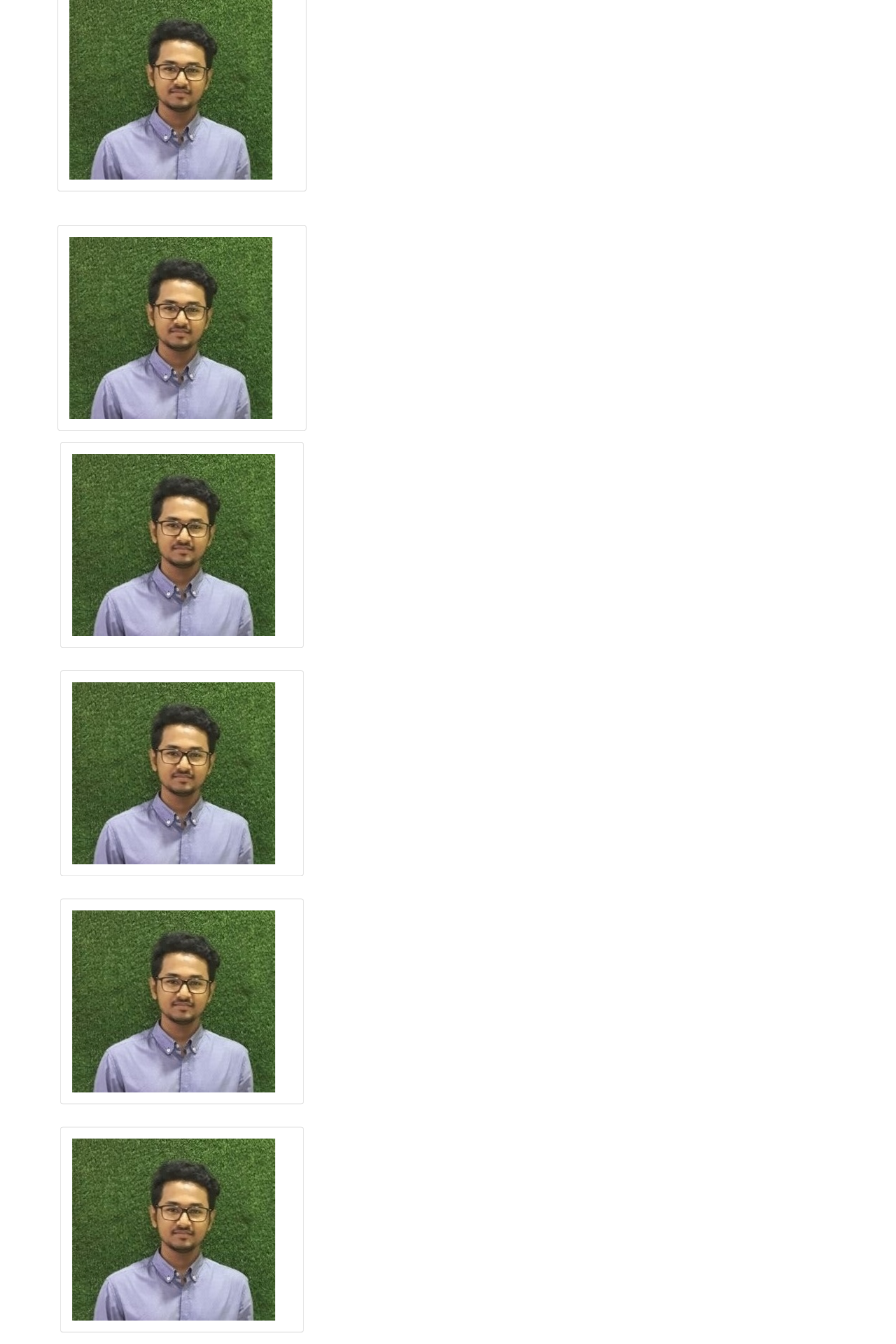
Repository: emowzz/emowzz.github.io
Page: index.html
The author's editor kept a copy of each file at every save. The page is drawn from the files as they stood at one save, then again after the next save.
The browser window is 1280 px wide. The pictures show the part of the page from y = 2901 to 4821 px (the page is 4821 px tall before and 3613 px after), at 70% of full size.
Some web libraries are served in a nearby version.

Above is the page before, as saved 2021-03-17 23:35:24.

### index.html
<!doctype html>
<html lang="en">

<head>
  <!-- Required meta tags -->
  <meta charset="utf-8">
  <meta name="viewport" content="width=device-width, initial-scale=1">
  <link rel="shortcut icon" type="image/png" href="./Image/myImgZoom.jpg">
  <!-- Bootstrap CSS -->
  <link href="https://cdn.jsdelivr.net/npm/bootstrap@5.0.0-beta2/dist/css/bootstrap.min.css" rel="stylesheet"
    integrity="sha384-BmbxuPwQa2lc/FVzBcNJ7UAyJxM6wuqIj61tLrc4wSX0szH/Ev+nYRRuWlolflfl" crossorigin="anonymous">
  <link rel="preconnect" href="https://fonts.gstatic.com">
  <link href="https://fonts.googleapis.com/css2?family=Open+Sans:wght@300&display=swap" rel="stylesheet">
  <link rel="stylesheet" href="./CSS/style.css">


  <title>Hi There, I'm Fahim Foysal Emon!</title>

  <script src="https://kit.fontawesome.com/a076d05399.js" crossorigin="anonymous"></script>
</head>

<body>

  <!-- this is banner section -->
  <section class="banner-container container-fluid">
    <div class="row vh-100">
      <div class="col-md-9 banner-column m-auto text-center text-white p-4 border border-light">
        <h1 class="display:4 fw-bolder">Fahim Foysal Emon</h1>
        <h3>Software Developer</h3>
      </div>
    </div>
  </section>

  <!-- this is nav-bar section -->
  <nav class="navbar navbar-expand-lg navbar-dark navbar-container">
    <div class="container-fluid">
      <button class="navbar-toggler" type="button" data-bs-toggle="collapse" data-bs-target="#navbarSupportedContent"
        aria-controls="navbarSupportedContent" aria-expanded="false" aria-label="Toggle navigation">
        <span class="navbar-toggler-icon"></span>
      </button>
      <div class="collapse navbar-collapse" id="navbarSupportedContent">
        <ul class="navbar-nav m-auto mb-2 mb-lg-0">
          <li class="nav-item">
            <a class="nav-link active" aria-current="page" href="#About">ABOUT</a>
          </li>
          <li class="nav-item">
            <a class="nav-link" href="#Education">EDUCATION</a>
          </li>
          <li class="nav-item">
            <a class="nav-link" href="#Project">PROJECT</a>
          </li>
          <li class="nav-item">
            <a class="nav-link" href="#Portfolio">PORTFOLIO</a>
          </li>
          <li class="nav-item">
            <a class="nav-link" href="#Gallery">GALLERY</a>
          </li>
          <li class="nav-item">
            <a class="nav-link" href="#Contact">CONTACT</a>
          </li>
        </ul>
      </div>
    </div>
  </nav>

  <!-- this is about section -->
  <div class="about-container" id="About">
    <div class="container">
      <div class="row align-items-center justify-content-center">
        <div class="col-md-9 py-5 text-white">
          <h3>Fahim Foysal Emon</h3>
          <p>Software Developer</p>
          <p>Lorem ipsum dolor, sit amet consectetur adipisicing elit. Qui a architecto tempore blanditiis, aperiam
            eius, id optio fugit odit quis reiciendis ad expedita consequatur dolores repellendus asperiores illum
            assumenda molestias distinctio dicta suscipit mollitia doloribus eum voluptates. Quisquam molestiae eius
            numquam quidem iusto asperiores dolorem minima minus accusantium, accusamus doloribus.</p>
          <p>Lorem ipsum dolor sit, amet consectetur adipisicing elit. Sint quidem accusamus dolor sed voluptas
            distinctio eos? Tempore sed omnis mollitia asperiores quos quidem hic porro consectetur? Numquam in ipsa
            commodi inventore nostrum asperiores consequuntur! Nemo molestiae necessitatibus suscipit doloribus eius!
          </p>
          <p>
            Lorem ipsum dolor sit amet consectetur adipisicing elit. Nisi suscipit dignissimos tempore culpa soluta,
            assumenda voluptas dolores quam nobis? Sed ad dolores itaque eveniet nulla autem quos et. Animi, laudantium?
          </p>
        </div>

        <div class="col-md-3 mb-4">
          <img src="/Image/myImg.png" alt="" class="img-fluid border rounded-circle border-light">
        </div>
      </div>
    </div>
  </div>

  <!-- this is education section -->
  <div class="education-container" id="Education">
    <div class="container">
      <div class="row text-center">
        <div class="col py-5">
          <h2 class="bg-redType-color fw-bolder">
            Education
          </h2>
        </div>
      </div>

      <div class="row my-4 py-5 align-items-center justify-content-center">
        <div class="col-md-2 pd-3 mx-5">
          <div class="circle text-center text-white">
            <p class="py-5">
              June, 2013 <br>
              Dec, 2015
            </p>
          </div>
        </div>

        <div class="col-md-9">
          <div class="card">
            <div class="card-body">
              Lorem ipsum dolor sit, amet consectetur adipisicing elit. Consequuntur exercitationem veniam dicta est
              nemo possimus aperiam reiciendis necessitatibus quisquam reprehenderit tempore, tenetur aspernatur? Itaque
              id, animi illo blanditiis earum consequuntur eaque illum nisi omnis reiciendis quisquam quidem, quae
              laudantium! Praesentium eligendi non dolorem optio ipsa distinctio explicabo animi vitae nam.
            </div>
          </div>
        </div>

      </div>

      <div class="row my-4 py-5 align-items-center justify-content-center">
        <div class="col-md-2 pb-3 mx-5">
          <div class="circle text-center text-white">
            <p class="py-5">
              June, 2013 <br>
              Dec, 2015
            </p>
          </div>
        </div>

        <div class="col-md-9">
          <div class="card">
            <div class="card-body">
              Lorem ipsum dolor sit, amet consectetur adipisicing elit. Consequuntur exercitationem veniam dicta est
              nemo possimus aperiam reiciendis necessitatibus quisquam reprehenderit tempore, tenetur aspernatur? Itaque
              id, animi illo blanditiis earum consequuntur eaque illum nisi omnis reiciendis quisquam quidem, quae
              laudantium! Praesentium eligendi non dolorem optio ipsa distinctio explicabo animi vitae nam.
            </div>
          </div>
        </div>

      </div>
    </div>
  </div>

  <!-- this is project section -->

  <div class="project-container" id="Project">
    <div class="container">
      <div class="row text-center">
        <div class="col py-5">
          <h2 class="text-white fw-bolder">
            Projects
          </h2>
        </div>
      </div>
      <div class="row">
        <div class="col-md-3 p-4">
          <img src="./Image/myImgZoom.jpg" alt="" class="img-fluid">
          <a href="" class="text-white">One</a>
          <p>10.45</p>
        </div>
        <div class="col-md-3 p-4">
          <img src="./Image/myImgZoom.jpg" alt="" class="img-fluid">
          <a href="" class="text-white">Two</a>
          <p>10.45</p>
        </div>
        <div class="col-md-3 p-4">
          <img src="./Image/myImgZoom.jpg" alt="" class="img-fluid">
          <a href="" class="text-white">Three</a>
          <p>10.45</p>
        </div>
        <div class="col-md-3 p-4">
          <img src="./Image/myImgZoom.jpg" alt="" class="img-fluid">
          <a href="" class="text-white">Four</a>
          <p>10.45</p>
        </div>
        </div>
      </div>
    </div>


    <!-- This is portfolio section -->

    <div class="portfolio-container">
      <div class="container">
        <div class="row text-center py-5">
          <div class="col">
            <h2 class="fw-bolder bg-redType-color">
              Portfolio
            </h2>
          </div>
        </div>

        <div class="row py-5">
          <div class="col-md-4">
            <div class="card">
              <div class="card-body">
                <img src="./Image/myImgZoom.jpg" alt="" class="img-fluid">
              </div>
            </div>
          </div>
        </div>

        <div class="row">
          <div class="col-md-4">
            <div class="card">
              <div class="card-body">
                <img src="./Image/myImgZoom.jpg" alt="" class="img-fluid">
              </div>
            </div>
          </div>
        </div>

        <div class="row">
          <div class="col-md-4 p-3">
            <div class="card">
              <div class="card-body">
                <img src="./Image/myImgZoom.jpg" alt="" class="img-fluid">
              </div>
            </div>
          </div>
        </div>

        <div class="row">
          <div class="col-md-4 p-3">
            <div class="card">
              <div class="card-body">
                <img src="./Image/myImgZoom.jpg" alt="" class="img-fluid">
              </div>
            </div>
          </div>
        </div>

        <div class="row">
          <div class="col-md-4 p-3">
            <div class="card">
              <div class="card-body">
                <img src="./Image/myImgZoom.jpg" alt="" class="img-fluid">
              </div>
            </div>
          </div>
        </div>

        <div class="row">
          <div class="col-md-4 p-3">
            <div class="card">
              <div class="card-body">
                <img src="./Image/myImgZoom.jpg" alt="" class="img-fluid">
              </div>
            </div>
          </div>
        </div>

      </div>

    </div>

  <!-- Optional JavaScript; choose one of the two! -->

  <!-- Option 1: Bootstrap Bundle with Popper -->
  <script src="https://cdn.jsdelivr.net/npm/bootstrap@5.0.0-beta2/dist/js/bootstrap.bundle.min.js"
    integrity="sha384-b5kHyXgcpbZJO/tY9Ul7kGkf1S0CWuKcCD38l8YkeH8z8QjE0GmW1gYU5S9FOnJ0"
    crossorigin="anonymous"></script>

  <!-- Option 2: Separate Popper and Bootstrap JS -->
  <!--
    <script src="https://cdn.jsdelivr.net/npm/@popperjs/core@2.6.0/dist/umd/popper.min.js" integrity="sha384-KsvD1yqQ1/1+IA7gi3P0tyJcT3vR+NdBTt13hSJ2lnve8agRGXTTyNaBYmCR/Nwi" crossorigin="anonymous"></script>
    <script src="https://cdn.jsdelivr.net/npm/bootstrap@5.0.0-beta2/dist/js/bootstrap.min.js" integrity="sha384-nsg8ua9HAw1y0W1btsyWgBklPnCUAFLuTMS2G72MMONqmOymq585AcH49TLBQObG" crossorigin="anonymous"></script>
    -->
</body>

</html>

### CSS/style.css
body {
    font-family: 'Open Sans', sans-serif;
}


.banner-container {
    background-color: #CACACA;
}

.banner-column {
    background-color: #868486;
}

.navbar-container {
    background-color: #102040;
}

.about-container {
    background-color: #00A9C0;
}

.education-container {
    background-color: #eeebf0;
}

.bg-redType {
    background-color: #d36959;
}

.bg-redType-color {
    color: #FF907E;
}

.circle {
    background-color: #d36959;
    width: 150px;
    height: 150px;
    border-radius: 50%;
}

.project-container {
    background-color: #18a7e9;
}

After the next save:
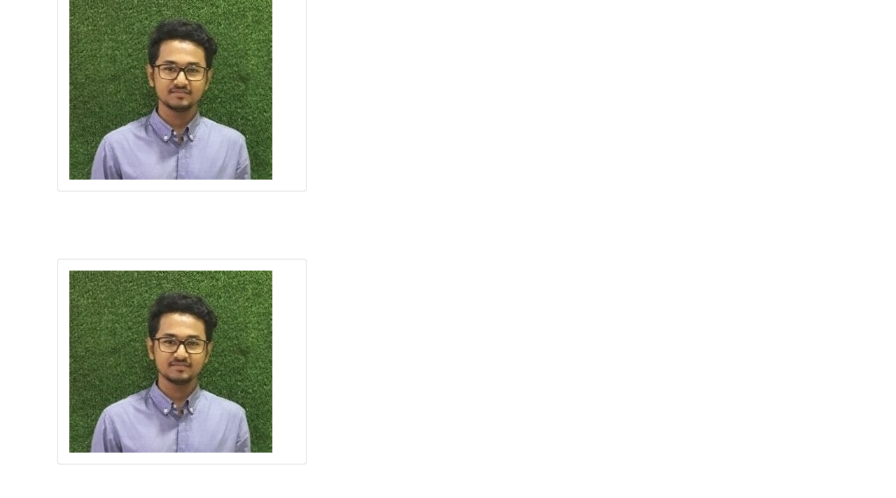
Saved 2 min 19 s later.
--- a/index.html
+++ b/index.html
@@ -209,8 +209,28 @@
           </div>
         </div>
 
+        <div class="row py-5">
+          <div class="col-md-4">
+            <div class="card">
+              <div class="card-body">
+                <img src="./Image/myImgZoom.jpg" alt="" class="img-fluid">
+              </div>
+            </div>
+          </div>
+        </div>
+
+        <!-- <div class="row">
+          <div class="col-md-4 p-3">
+            <div class="card">
+              <div class="card-body">
+                <img src="./Image/myImgZoom.jpg" alt="" class="img-fluid">
+              </div>
+            </div>
+          </div>
+        </div>
+
         <div class="row">
-          <div class="col-md-4">
+          <div class="col-md-4 p-3">
             <div class="card">
               <div class="card-body">
                 <img src="./Image/myImgZoom.jpg" alt="" class="img-fluid">
@@ -237,27 +257,7 @@
               </div>
             </div>
           </div>
-        </div>
-
-        <div class="row">
-          <div class="col-md-4 p-3">
-            <div class="card">
-              <div class="card-body">
-                <img src="./Image/myImgZoom.jpg" alt="" class="img-fluid">
-              </div>
-            </div>
-          </div>
-        </div>
-
-        <div class="row">
-          <div class="col-md-4 p-3">
-            <div class="card">
-              <div class="card-body">
-                <img src="./Image/myImgZoom.jpg" alt="" class="img-fluid">
-              </div>
-            </div>
-          </div>
-        </div>
+        </div> -->
 
       </div>
 
